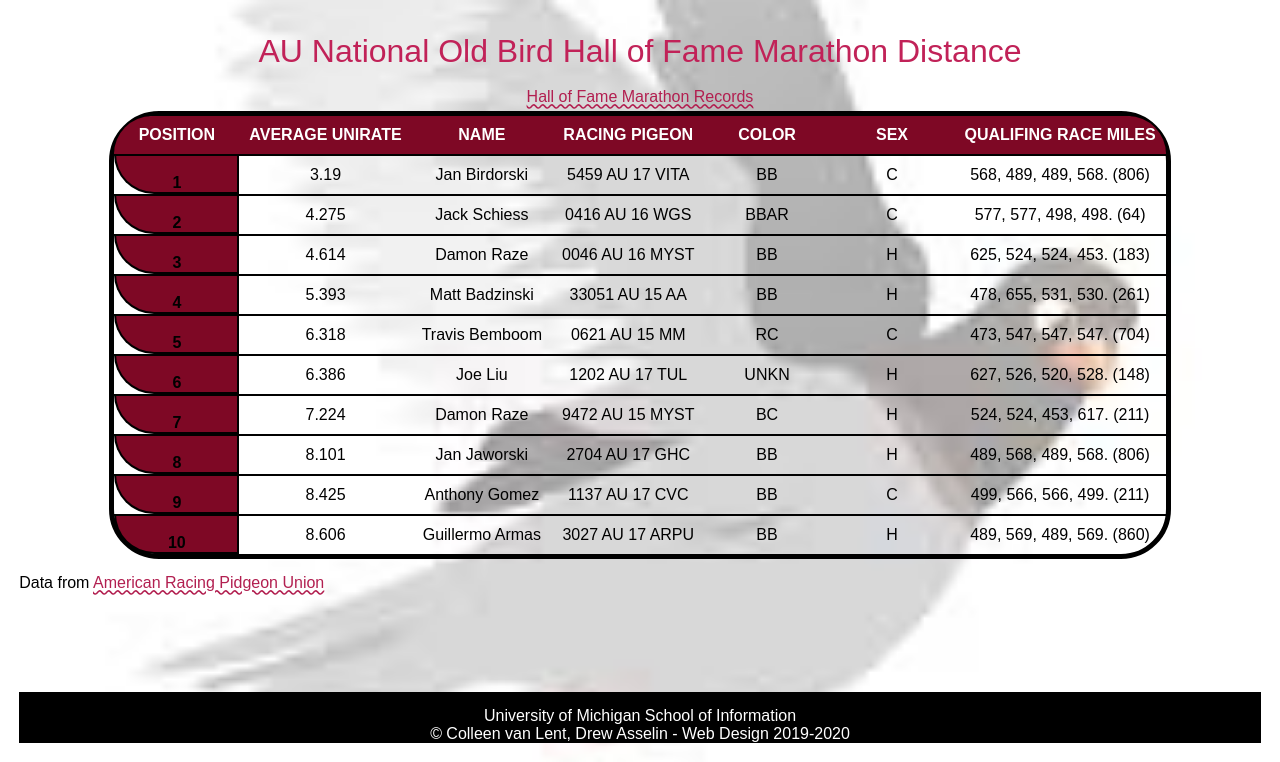
Repository: jiaqili0803/SI_539
Page: hw4-2021-main/hw4-2021-main/index.html
The author's editor kept a copy of each file at every save. The page is drawn from the files as they stood at one save, then again after the next save.
The browser window is 1280 px wide. The pictures show the whole page.
Some web fonts or font styles are not loaded; a fallback is used.

Above is the page before, as saved 2021-10-02 17:54:32.

After the next save:
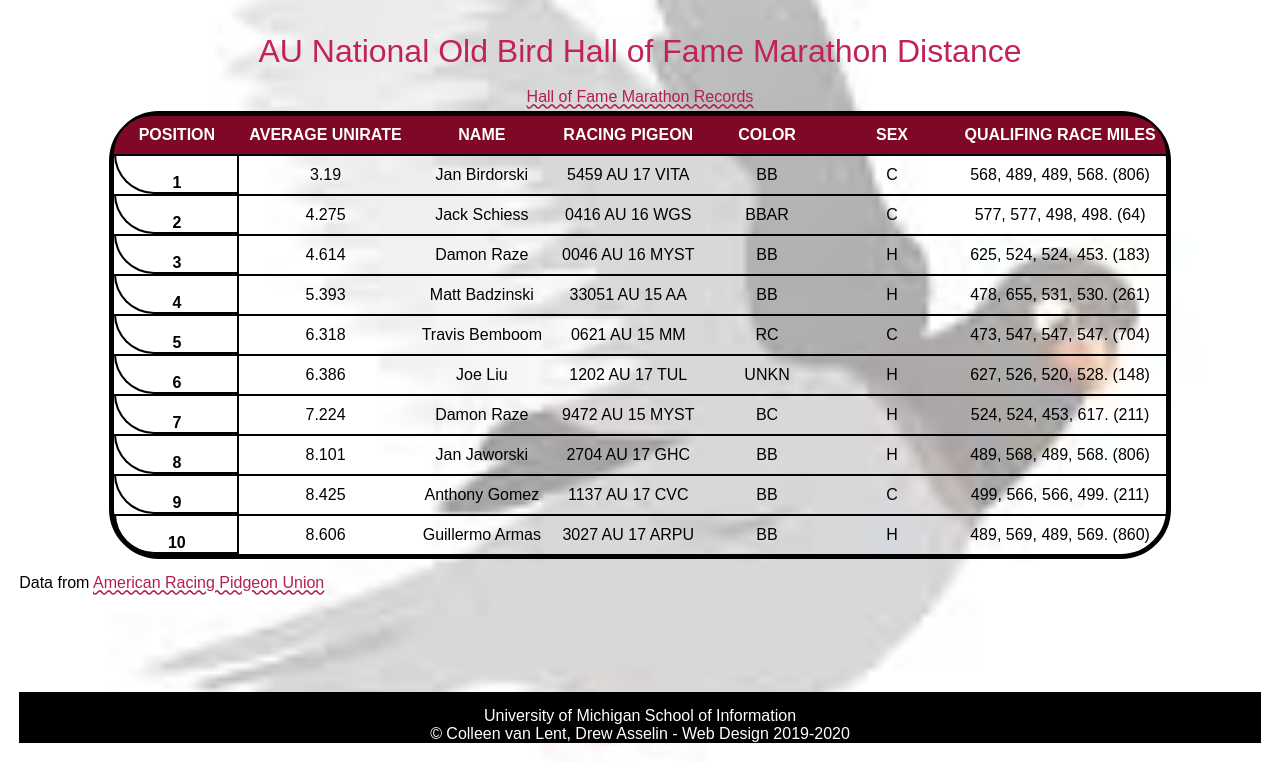
Saved 21 s later.
--- a/hw4-2021-main/hw4-2021-main/css/style.css
+++ b/hw4-2021-main/hw4-2021-main/css/style.css
@@ -121,7 +121,7 @@ thead .colhead:last-child{
 
 tbody th:last-of-type{
   border-bottom-left-radius: 50px;
-  background-color: #7e0825;
+
 
 }
 
